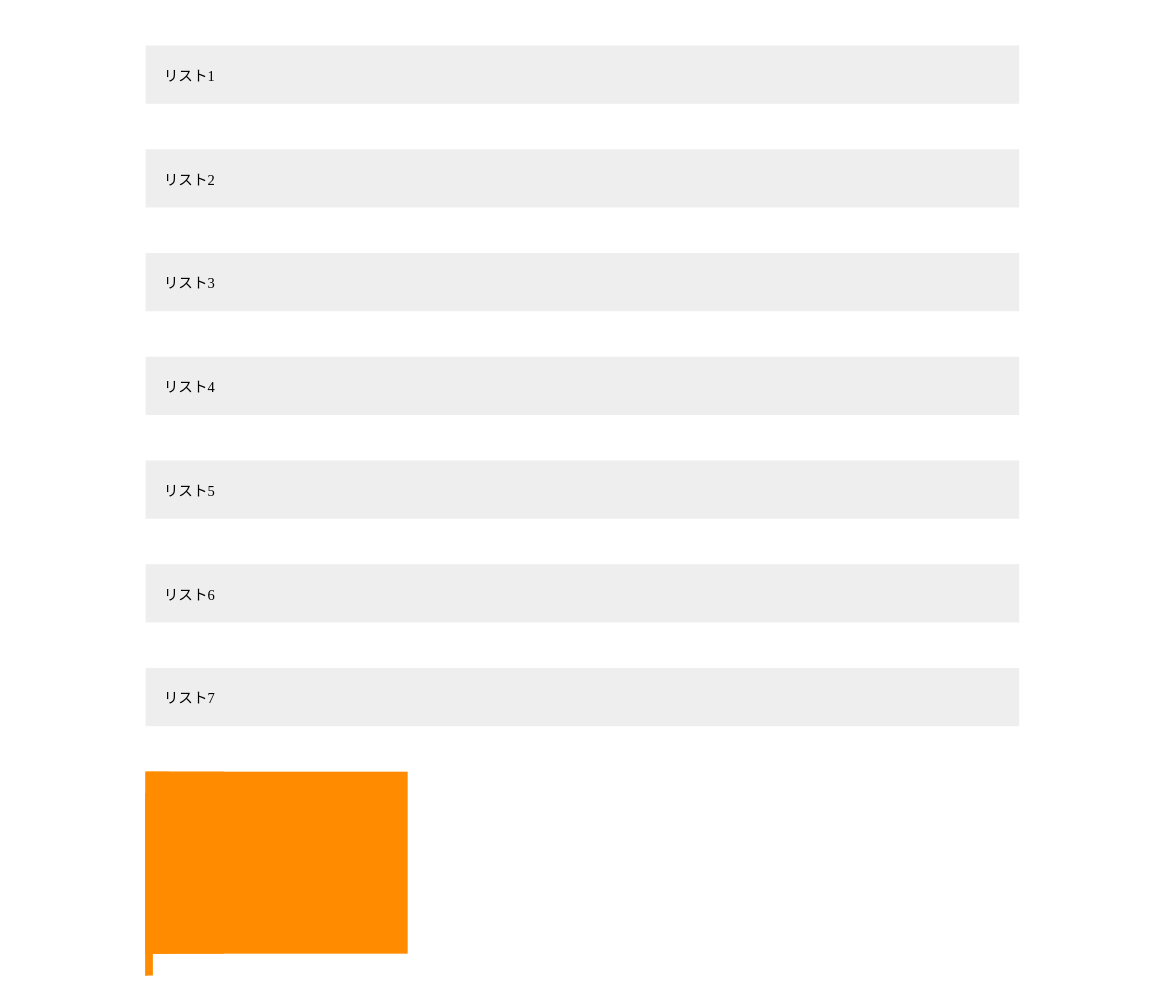
Repository: ayakodesu/html-practice
Page: chapter8_exercise/chapter8.html
The author's editor kept a record of every edit. The page is drawn from the files as they stood at one moment, then again after the next edit.
The browser window is 1280 px wide. The pictures show the whole page, at 91% of full size.

Above is the page before.

### chapter8_exercise/chapter8.html
<!DOCTYPE html>
<html lang="ja">
  <head>
    <meta charset="UTF-8" />
    <title>8章演習</title>
    <link rel="stylesheet" href="chapter8.css" />
  </head>
  <body>
    <main>
      <ul class="item-list">
        <li class="item">リスト1</li></ul>

      <ul class="item-list">
        <li class="item">リスト2</li></ul>

      <ul class="item-list">
        <li class="item">リスト3</li></ul>

      <ul class="item-list">
        <li class="item">リスト4</li></ul>

      <ul class="item-list">
        <li class="item">リスト5</li></ul>

      <ul class="item-list">
        <li class="item">リスト6</li></ul>

      <ul class="item-list">
        <li class="item">リスト7</li></ul>


      <div class="box-list">
        <div class="box">

      <div class="box-list">
        <div class="box">

      <div class="box-list">
        <div class="box">

    　 <div class="box-list">
        <div class="box">

       <div class="box-list">
        <div class="box">

       <div class="box-list">
        <div class="box">

       <div class="box-list">
        <div class="box">

       <div class="box-list">
        <div class="box">

       <div class="box-list">
        <div class="box">


      </div>
    </main>
  </body>
</html>

### chapter8_exercise/chapter8.css
* {
  margin: 0;
  padding: 0;
  box-sizing: border-box;
}

main {
  width: 960px;
  margin: 50px auto;
}

.item-list {
  margin-bottom: 50px;
 list-style: none;

}

.item {
  padding: 20px;
  list-style: none;
}





.item:nth-child(odd) {
    background-color: #eee;
}

.box-list {
  display: flex;
  flex-wrap: wrap;
}

.box {
  background-color: #ffd700;
  width: 30%;
  height: 200px;
  margin-right: 5%;
  margin-bottom: 40px;
}

.box:first-child,
.box:nth-child(5),
.box:last-child {
  background-color: #ff8c00;
}

.box:nth-child(3n) {
  margin-right: 0;
}

.box:nth-last-child(-n + 3) {
  margin-bottom: 0;
}

After the next edit:
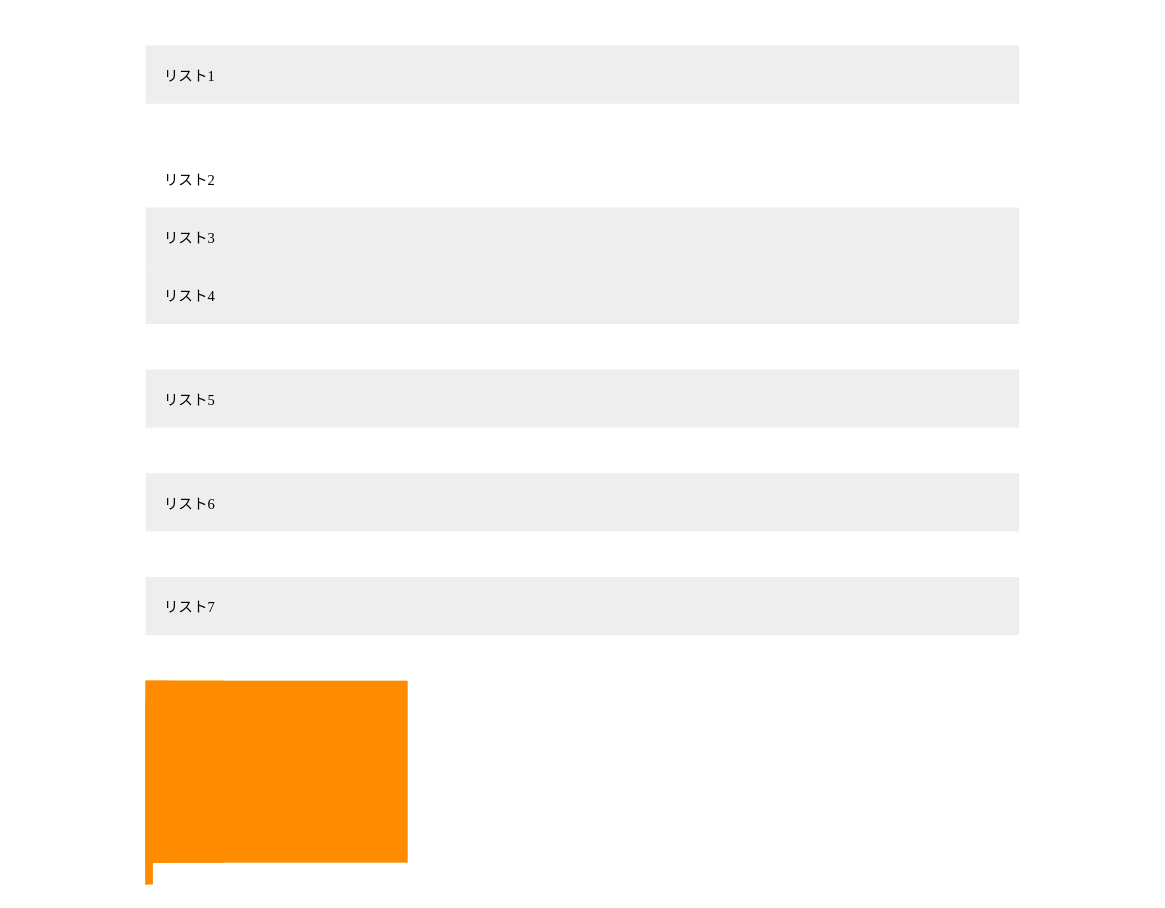
The edit:
--- a/chapter8_exercise/chapter8.html
+++ b/chapter8_exercise/chapter8.html
@@ -10,10 +10,10 @@
       <ul class="item-list">
         <li class="item">リスト1</li></ul>
 
-      <ul class="item-list">
+
         <li class="item">リスト2</li></ul>
 
-      <ul class="item-list">
+
         <li class="item">リスト3</li></ul>
 
       <ul class="item-list">
